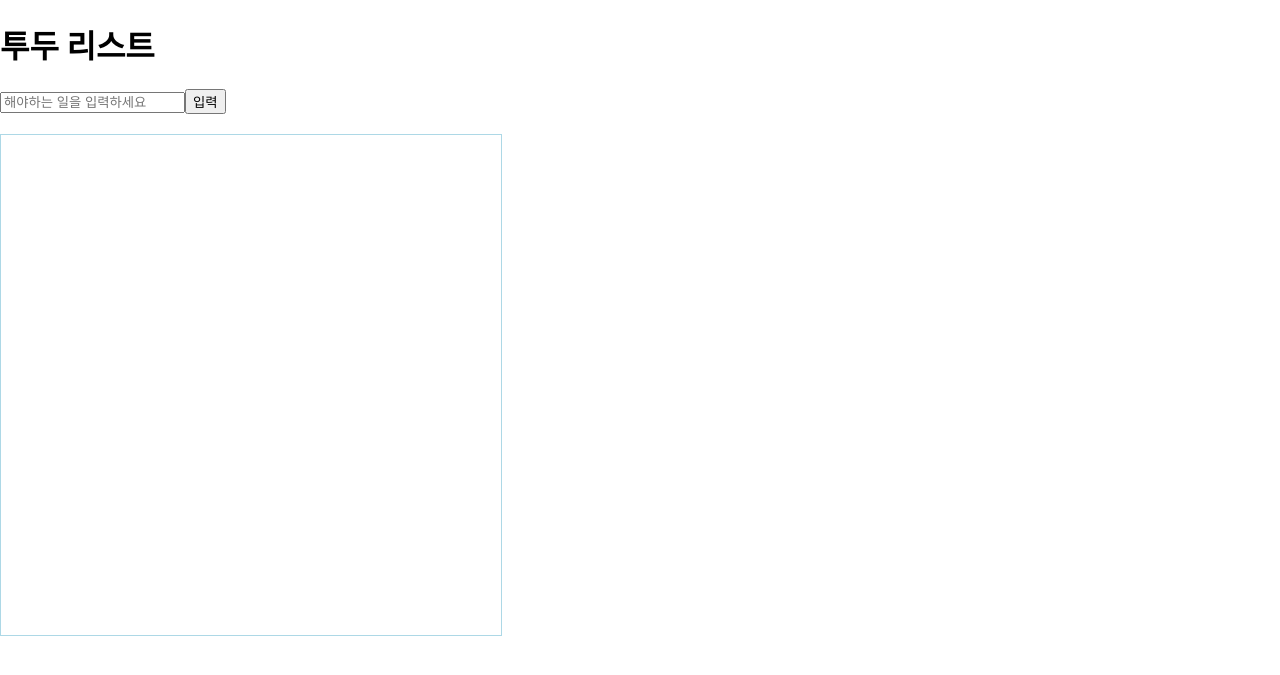
Repository: jun01270/Todo-List_React
Page: /
The author's editor kept a copy of each file at every save. The page is drawn from the files as they stood at one save, then again after the next save.
The browser window is 1280 px wide. The pictures show the whole page.
The project was rebuilt for these pictures with package versions that can differ from the ones it lists, and the page was loaded fresh each time.

Above is the page before, as saved 2023-01-02 17:05:12.

After the next save:
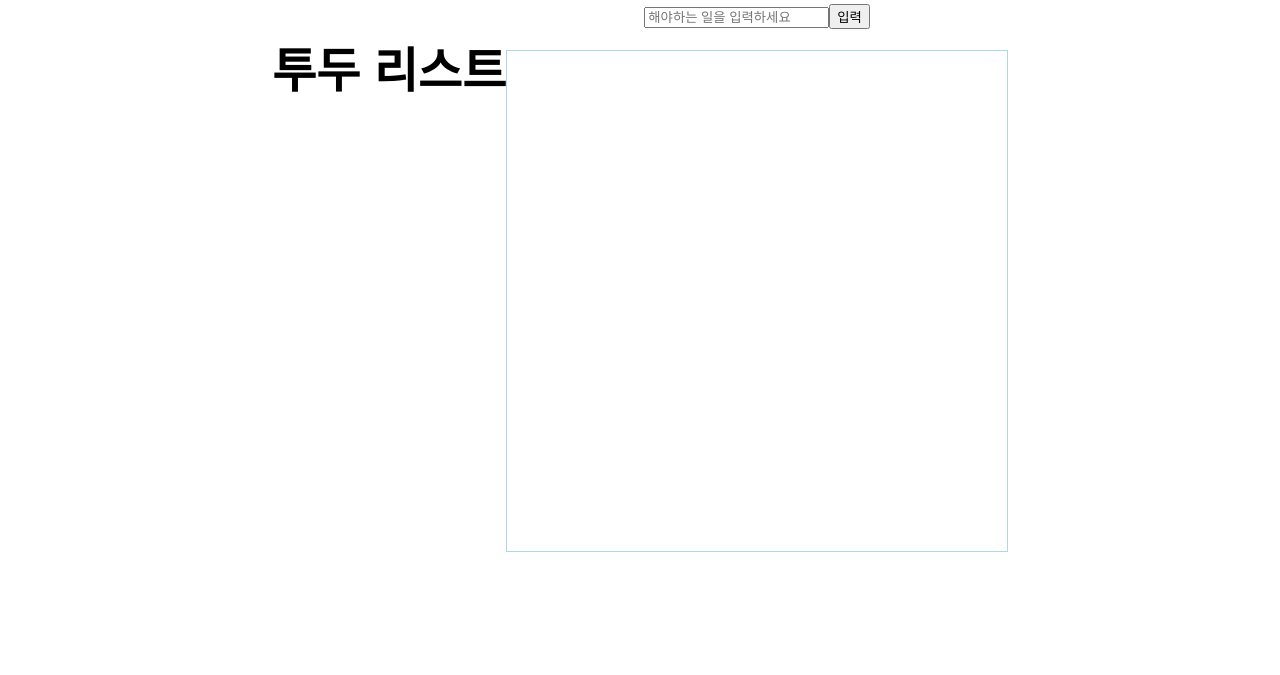
Saved 13 s later.
--- a/src/App.css
+++ b/src/App.css
@@ -1,4 +1,4 @@
-.todo {
+#todo {
   font-family: "Nanum Pen Script", cursive;
   font-size: x-large;
   display: flex;
